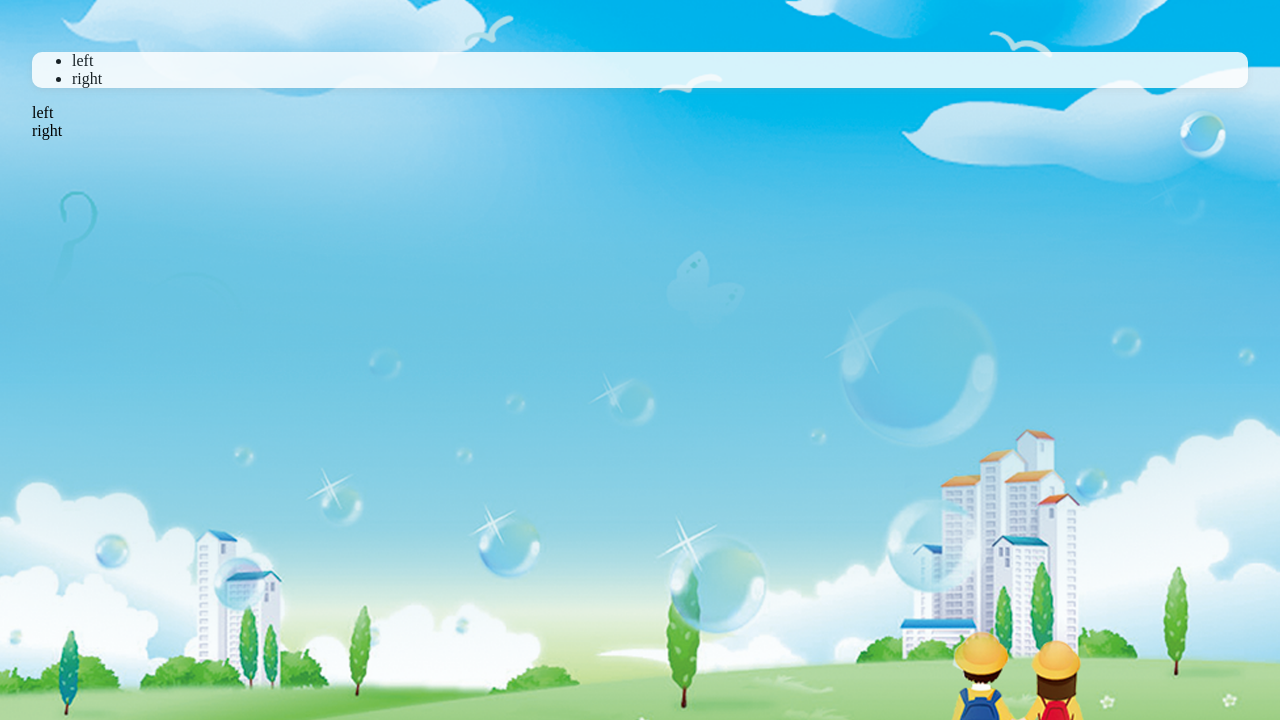
Repository: huangdesheng/classBrand
Page: / (app in classBrand/)
The author's editor kept a copy of each file at every save. The page is drawn from the files as they stood at one save, then again after the next save.
The browser window is 1280 px wide. The pictures show the whole page.
The project was rebuilt for these pictures with package versions that can differ from the ones it lists, and the page was loaded fresh each time.

Above is the page before, as saved 2019-08-23 09:47:31.

### classBrand/index.html
<!DOCTYPE html>
<html>
  <head>
    <meta charset="utf-8">
    <meta name="viewport" content="width=device-width,initial-scale=1.0">
    <title>classbrand</title>
  </head>
  <body>
    <div id="app"></div>
    <!-- built files will be auto injected -->
  </body>
</html>

### classBrand/src/App.vue
<template>
  <div id="app">
    <router-view />
  </div>
</template>

<script>
export default {
  name: "App"
};
</script>

<style lang="less">
.bt {
  width: 100vw;
  height: 100vh;
  background: url(./assets/bg/bg.png);
  background-size: 100% 100%;
  background-repeat: no-repeat;
  background-position: center;
  position: fixed;
  left: 0;
  top: 0;
  display: flex;
  justify-content: center;
  align-items: center;
}
#app {
  .bt;
}
</style>

### classBrand/src/router/index.js
import Vue from 'vue'
import Router from 'vue-router'
import index from '@/views/index'

Vue.use(Router)

export default new Router({
  routes: [{
    path: '/',
    name: 'index',
    component: index
  }]
})

### classBrand/src/views/index/index.vue
<template>
  <div id="index">
    <header>
      <ul>
        <li>left</li>
        <li>right</li>
      </ul>
    </header>
    <section>
      <aside>left</aside>
      <aside>right</aside>
    </section>
  </div>
</template>

<script>
export default {};
</script>

<style lang="less" scoped>
.bt {
  background: rgba(255, 255, 255, 1);
  box-shadow: 0px 2px 7px 0px rgba(161, 157, 157, 0.23);
  opacity: 0.84;
  border-radius: 10px;
}
#index {
  width: 95%;
  height: 90%;
  header {
    .bt;
  }
}
</style>

Loaded but not shown: classBrand/src/main.js (common file)

After the next save:
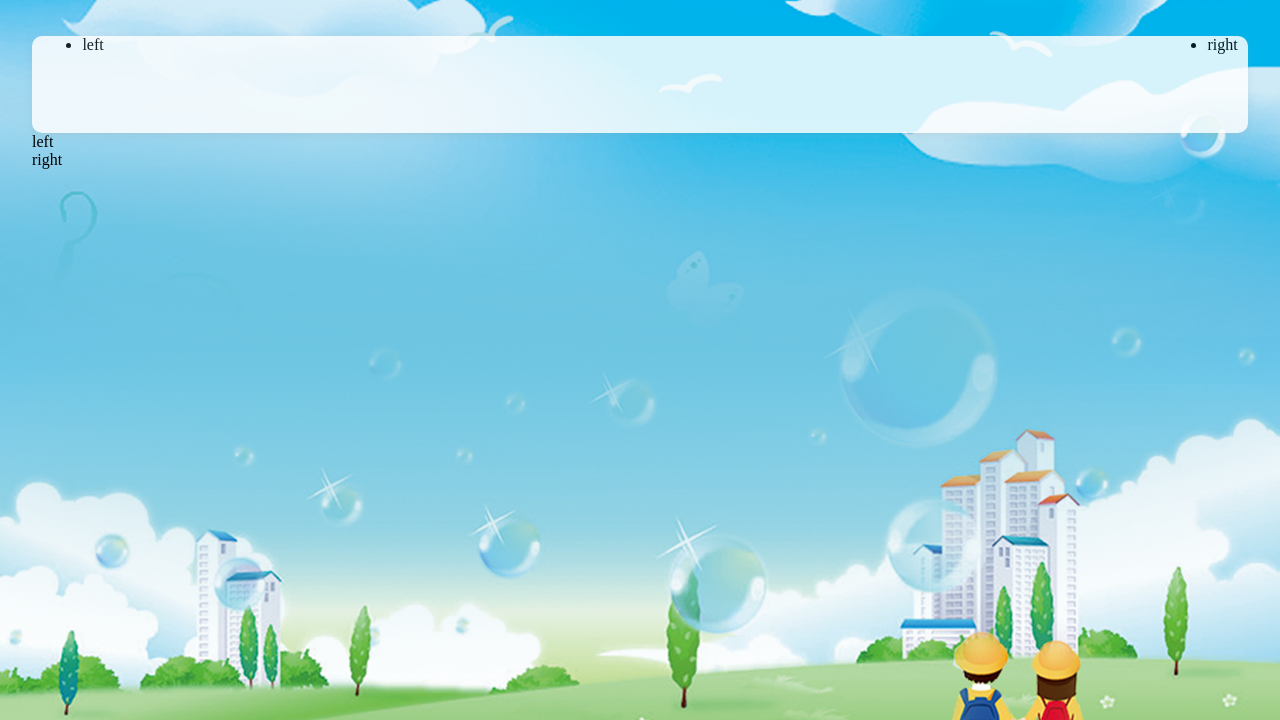
Saved 84 s later.
--- a/classBrand/src/views/index/index.vue
+++ b/classBrand/src/views/index/index.vue
@@ -29,6 +29,15 @@ export default {};
   height: 90%;
   header {
     .bt;
+    height: 15%;
+    width: 100%;
+    > ul {
+      width: 95%;
+      margin: 0 auto;
+      display: flex;
+      justify-content: space-between;
+      align-items: center;
+    }
   }
 }
 </style>
